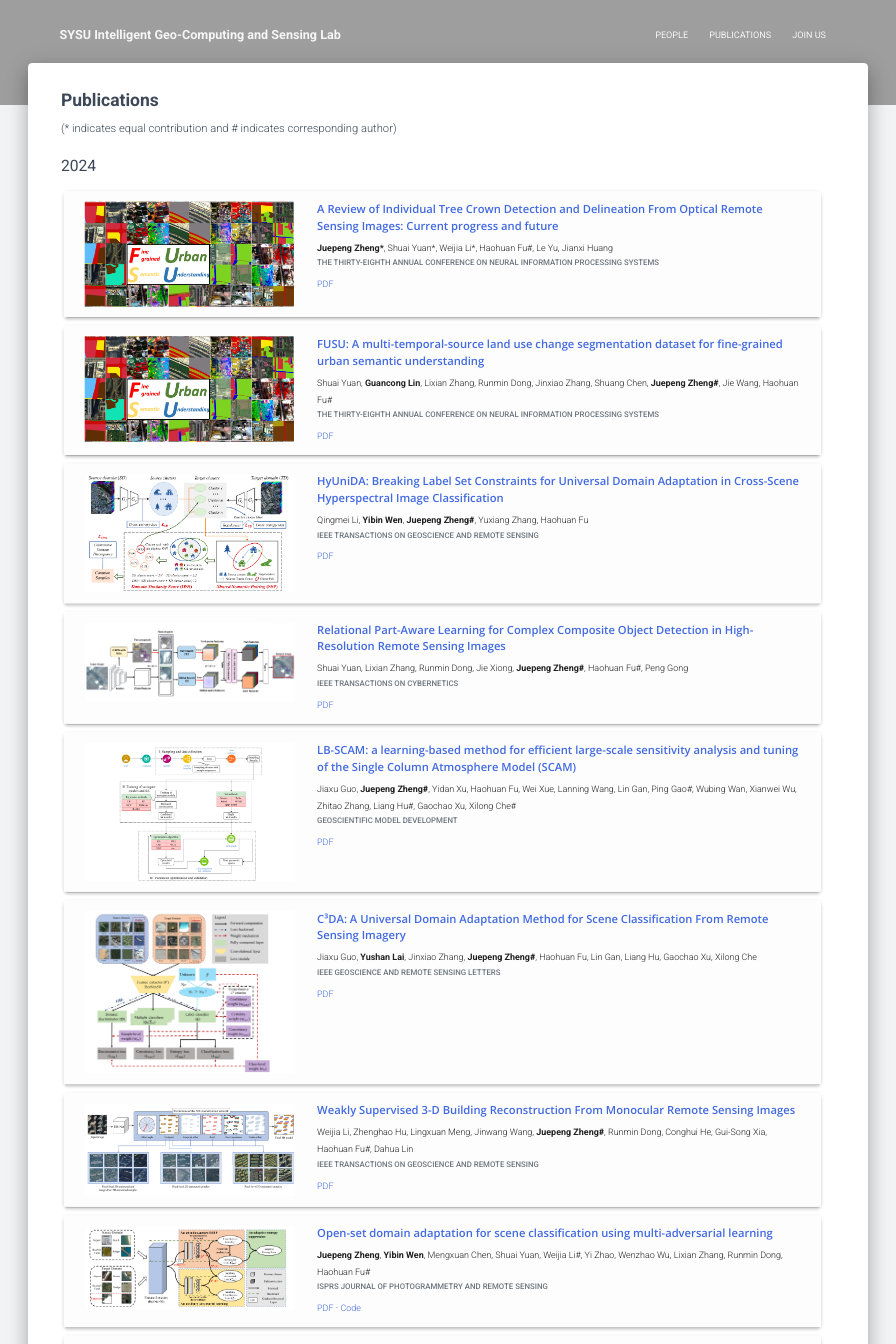
Repository: rssysu/rssysu.github.io
Page: pub.html
These files come from the project's save history. The page is drawn as it stood at one moment and after the next save; the edit follows.
The browser window is 1280 px wide. The pictures show the part of the page from y = 0 to 1920 px (the page is 4082 px tall before and 4146 px after), at 70% of full size.
Pictures or frames that could not be fetched are drawn as grey boxes. Some web libraries are served in a nearby version.

Above is the page before, as saved 2025-03-21 17:35:35.

After the next save:
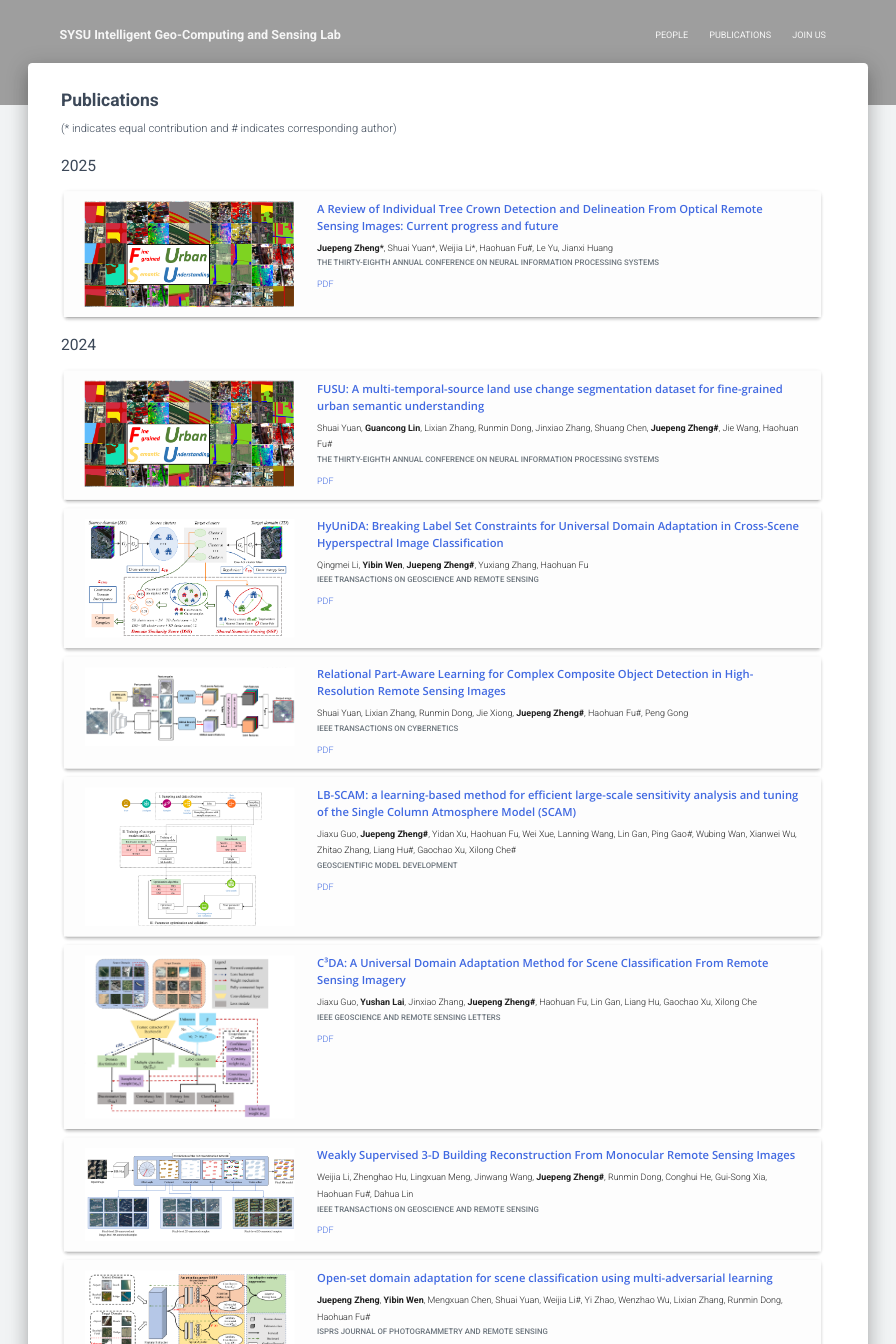
Saved 73 s later.
--- a/pub.html
+++ b/pub.html
@@ -51,9 +51,6 @@
             </div>
  -->
 
-        <div class="year-pub">
-          2024
-        </div>
 
 <!--         <div class="row-pub all">
           <div class="card" style="width: 97%;">
@@ -71,6 +68,10 @@
           </div>
         </div> -->
 
+        <div class="year-pub">
+          2025
+        </div>
+
         <div class="row-pub all">
           <div class="card" style="width: 97%;">
             <div class="card-body" style="background-color: rgb(253, 253, 253);">
@@ -82,6 +83,10 @@
               <a href="assets/paper/fusu.pdf" target="_blank">PDF </a>
             </div>
           </div>
+        </div>
+
+        <div class="year-pub">
+          2024
         </div>
 
         <div class="row-pub all">
